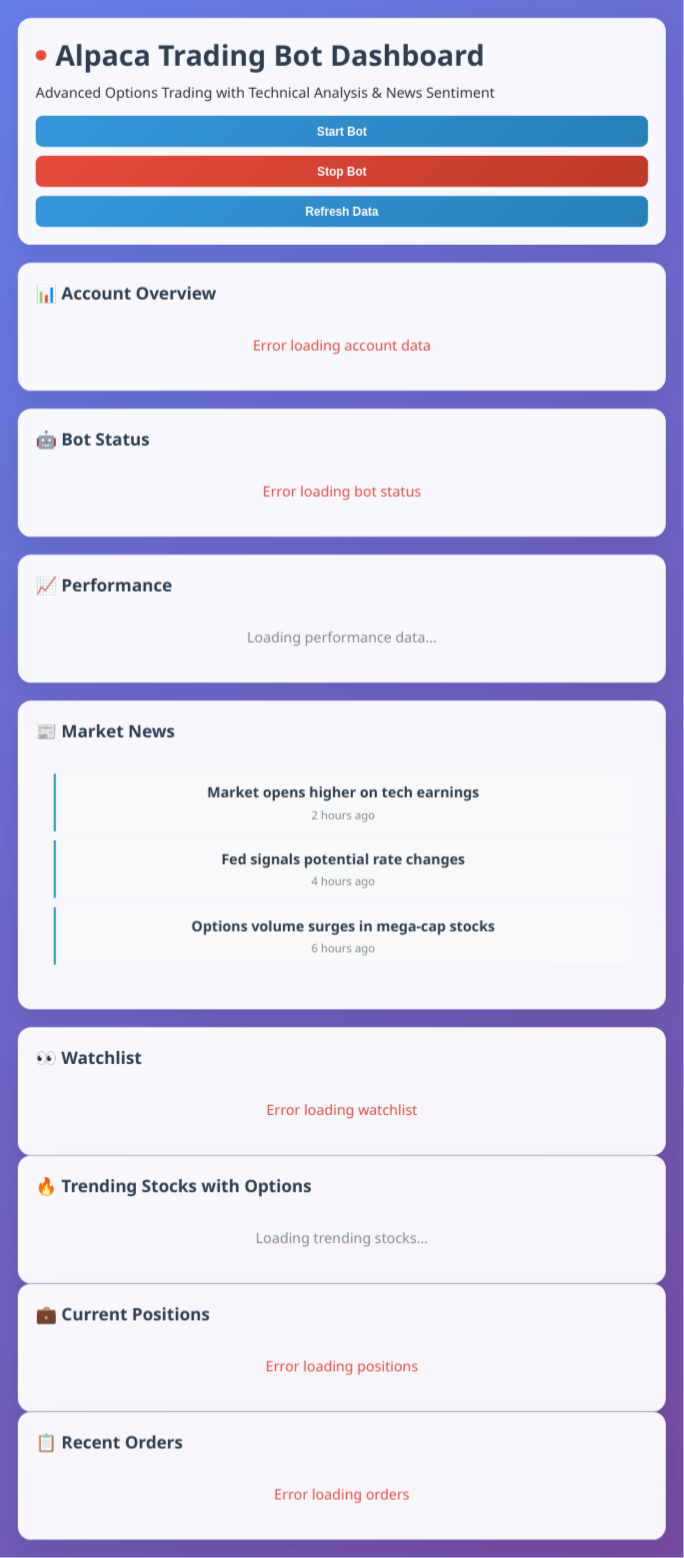
Repository: papykabukanyi/tradingbot
Page: public/index.html
The author's editor kept a copy of each file at every save. The page is drawn from the files as they stood at one save, then again after the next save.
The browser window is 768 px wide. The pictures show the whole page, at 89% of full size.
The page's requests for data from a server got no answer.

Above is the page before, as saved 2025-07-20 08:56:14.

### public/index.html
<!DOCTYPE html>
<html lang="en">
<head>
    <meta charset="UTF-8">
    <meta name="viewport" content="width=device-width, initial-scale=1.0">
    <title>Alpaca Trading Bot Dashboard</title>
    <style>
        * {
            margin: 0;
            padding: 0;
            box-sizing: border-box;
        }

        body {
            font-family: 'Segoe UI', Tahoma, Geneva, Verdana, sans-serif;
            background: linear-gradient(135deg, #667eea 0%, #764ba2 100%);
            color: #333;
            min-height: 100vh;
        }

        .container {
            max-width: 1400px;
            margin: 0 auto;
            padding: 20px;
        }

        .header {
            background: rgba(255, 255, 255, 0.95);
            border-radius: 15px;
            padding: 20px;
            margin-bottom: 20px;
            box-shadow: 0 10px 30px rgba(0, 0, 0, 0.1);
            backdrop-filter: blur(10px);
        }

        .header h1 {
            color: #2c3e50;
            margin-bottom: 10px;
            display: flex;
            align-items: center;
            gap: 10px;
        }

        .status-indicator {
            width: 12px;
            height: 12px;
            border-radius: 50%;
            background: #e74c3c;
        }

        .status-indicator.running {
            background: #27ae60;
            animation: pulse 2s infinite;
        }

        @keyframes pulse {
            0% { opacity: 1; }
            50% { opacity: 0.5; }
            100% { opacity: 1; }
        }

        .controls {
            display: flex;
            gap: 10px;
            margin-top: 15px;
        }

        .btn {
            background: linear-gradient(135deg, #3498db, #2980b9);
            color: white;
            border: none;
            padding: 10px 20px;
            border-radius: 8px;
            cursor: pointer;
            font-weight: 600;
            transition: all 0.3s ease;
        }

        .btn:hover {
            transform: translateY(-2px);
            box-shadow: 0 5px 15px rgba(0, 0, 0, 0.2);
        }

        .btn.danger {
            background: linear-gradient(135deg, #e74c3c, #c0392b);
        }

        .dashboard-grid {
            display: grid;
            grid-template-columns: repeat(auto-fit, minmax(300px, 1fr));
            gap: 20px;
            margin-bottom: 20px;
        }

        .card {
            background: rgba(255, 255, 255, 0.95);
            border-radius: 15px;
            padding: 20px;
            box-shadow: 0 10px 30px rgba(0, 0, 0, 0.1);
            backdrop-filter: blur(10px);
            transition: transform 0.3s ease;
        }

        .card:hover {
            transform: translateY(-5px);
        }

        .card h3 {
            color: #2c3e50;
            margin-bottom: 15px;
            font-size: 1.2em;
        }

        .metric {
            display: flex;
            justify-content: space-between;
            align-items: center;
            margin-bottom: 10px;
            padding: 10px;
            background: #f8f9fa;
            border-radius: 8px;
        }

        .metric-value {
            font-weight: 600;
            font-size: 1.1em;
        }

        .positive {
            color: #27ae60;
        }

        .negative {
            color: #e74c3c;
        }

        .neutral {
            color: #34495e;
        }

        .watchlist-table {
            width: 100%;
            border-collapse: collapse;
            margin-top: 10px;
        }

        .watchlist-table th,
        .watchlist-table td {
            padding: 12px;
            text-align: left;
            border-bottom: 1px solid #ecf0f1;
        }

        .watchlist-table th {
            background: #34495e;
            color: white;
            font-weight: 600;
        }

        .watchlist-table tr:hover {
            background: #f8f9fa;
        }

        .orders-list {
            max-height: 300px;
            overflow-y: auto;
        }

        .order-item {
            padding: 10px;
            border: 1px solid #ecf0f1;
            border-radius: 8px;
            margin-bottom: 10px;
            background: #f8f9fa;
        }

        .order-header {
            display: flex;
            justify-content: space-between;
            align-items: center;
            margin-bottom: 5px;
        }

        .order-symbol {
            font-weight: 600;
            color: #2c3e50;
        }

        .order-status {
            padding: 4px 8px;
            border-radius: 4px;
            font-size: 0.8em;
            font-weight: 600;
        }

        .status-filled {
            background: #d5edda;
            color: #155724;
        }

        .status-pending {
            background: #fff3cd;
            color: #856404;
        }

        .status-canceled {
            background: #f8d7da;
            color: #721c24;
        }

        .loading {
            text-align: center;
            padding: 20px;
            color: #7f8c8d;
        }

        .news-item {
            padding: 10px;
            border-left: 3px solid #3498db;
            margin-bottom: 10px;
            background: #f8f9fa;
            border-radius: 0 8px 8px 0;
        }

        .news-title {
            font-weight: 600;
            margin-bottom: 5px;
            color: #2c3e50;
        }

        .news-time {
            font-size: 0.8em;
            color: #7f8c8d;
        }

        .chart-container {
            width: 100%;
            height: 300px;
            background: #f8f9fa;
            border-radius: 8px;
            display: flex;
            align-items: center;
            justify-content: center;
            color: #7f8c8d;
            font-style: italic;
        }

        @media (max-width: 768px) {
            .dashboard-grid {
                grid-template-columns: 1fr;
            }

            .controls {
                flex-direction: column;
            }
        }
    </style>
</head>
<body>
    <div class="container">
        <div class="header">
            <h1>
                <span class="status-indicator" id="statusIndicator"></span>
                Alpaca Trading Bot Dashboard
            </h1>
            <p>Advanced Options Trading with Technical Analysis & News Sentiment</p>
            <div class="controls">
                <button class="btn" onclick="startBot()">Start Bot</button>
                <button class="btn danger" onclick="stopBot()">Stop Bot</button>
                <button class="btn" onclick="refreshData()">Refresh Data</button>
            </div>
        </div>

        <div class="dashboard-grid">
            <!-- Account Overview -->
            <div class="card">
                <h3>📊 Account Overview</h3>
                <div id="accountData" class="loading">Loading account data...</div>
            </div>

            <!-- Bot Status -->
            <div class="card">
                <h3>🤖 Bot Status</h3>
                <div id="botStatus" class="loading">Loading bot status...</div>
            </div>

            <!-- Performance -->
            <div class="card">
                <h3>📈 Performance</h3>
                <div id="performance" class="loading">Loading performance data...</div>
            </div>

            <!-- Market News -->
            <div class="card">
                <h3>📰 Market News</h3>
                <div id="marketNews" class="loading">Loading market news...</div>
            </div>
        </div>

        <!-- Watchlist -->
        <div class="card">
            <h3>👀 Watchlist</h3>
            <div id="watchlist" class="loading">Loading watchlist...</div>
        </div>

        <!-- Trending Stocks -->
        <div class="card">
            <h3>🔥 Trending Stocks with Options</h3>
            <div id="trending" class="loading">Loading trending stocks...</div>
        </div>

        <!-- Current Positions -->
        <div class="card">
            <h3>💼 Current Positions</h3>
            <div id="positions" class="loading">Loading positions...</div>
        </div>

        <!-- Recent Orders -->
        <div class="card">
            <h3>📋 Recent Orders</h3>
            <div id="orders" class="loading">Loading orders...</div>
        </div>
    </div>

    <script>
        let updateInterval;

        // Initialize dashboard
        document.addEventListener('DOMContentLoaded', function() {
            refreshData();
            updateInterval = setInterval(refreshData, 30000); // Update every 30 seconds
        });

        async function refreshData() {
            try {
                await Promise.all([
                    loadAccountData(),
                    loadBotStatus(),
                    loadPositions(),
                    loadOrders(),
                    loadWatchlist(),
                    loadMarketNews()
                ]);
            } catch (error) {
                console.error('Error refreshing data:', error);
            }
        }

        async function loadAccountData() {
            try {
                const response = await fetch('/api/account');
                const account = await response.json();

                const html = `
                    <div class="metric">
                        <span>Total Equity</span>
                        <span class="metric-value">$${parseFloat(account.equity).toLocaleString()}</span>
                    </div>
                    <div class="metric">
                        <span>Buying Power</span>
                        <span class="metric-value">$${parseFloat(account.buying_power).toLocaleString()}</span>
                    </div>
                    <div class="metric">
                        <span>Day P&L</span>
                        <span class="metric-value ${parseFloat(account.unrealized_pl) >= 0 ? 'positive' : 'negative'}">
                            $${parseFloat(account.unrealized_pl).toFixed(2)}
                        </span>
                    </div>
                    <div class="metric">
                        <span>Account Status</span>
                        <span class="metric-value">${account.status}</span>
                    </div>
                `;

                document.getElementById('accountData').innerHTML = html;
            } catch (error) {
                document.getElementById('accountData').innerHTML = '<p class="negative">Error loading account data</p>';
            }
        }

        async function loadBotStatus() {
            try {
                const response = await fetch('/api/bot/status');
                const status = await response.json();

                const statusIndicator = document.getElementById('statusIndicator');
                statusIndicator.className = `status-indicator ${status.status === 'running' ? 'running' : ''}`;

                const html = `
                    <div class="metric">
                        <span>Status</span>
                        <span class="metric-value ${status.status === 'running' ? 'positive' : 'neutral'}">
                            ${status.status.toUpperCase()}
                        </span>
                    </div>
                    <div class="metric">
                        <span>Total Trades</span>
                        <span class="metric-value">${status.totalTrades}</span>
                    </div>
                    <div class="metric">
                        <span>Last Update</span>
                        <span class="metric-value">
                            ${status.lastUpdate ? new Date(status.lastUpdate).toLocaleTimeString() : 'Never'}
                        </span>
                    </div>
                    <div class="metric">
                        <span>P&L</span>
                        <span class="metric-value ${status.profitLoss >= 0 ? 'positive' : 'negative'}">
                            $${status.profitLoss.toFixed(2)}
                        </span>
                    </div>
                `;

                document.getElementById('botStatus').innerHTML = html;
            } catch (error) {
                document.getElementById('botStatus').innerHTML = '<p class="negative">Error loading bot status</p>';
            }
        }

        async function loadPositions() {
            try {
                const response = await fetch('/api/positions');
                const positions = await response.json();

                if (positions.length === 0) {
                    document.getElementById('positions').innerHTML = '<p>No current positions</p>';
                    return;
                }

                let html = '<table class="watchlist-table"><thead><tr><th>Symbol</th><th>Qty</th><th>Market Value</th><th>P&L</th><th>P&L %</th></tr></thead><tbody>';

                positions.forEach(position => {
                    const pnl = parseFloat(position.unrealized_pl);
                    const pnlPercent = parseFloat(position.unrealized_plpc) * 100;

                    html += `
                        <tr>
                            <td><strong>${position.symbol}</strong></td>
                            <td>${position.qty}</td>
                            <td>$${parseFloat(position.market_value).toLocaleString()}</td>
                            <td class="${pnl >= 0 ? 'positive' : 'negative'}">$${pnl.toFixed(2)}</td>
                            <td class="${pnlPercent >= 0 ? 'positive' : 'negative'}">${pnlPercent.toFixed(2)}%</td>
                        </tr>
                    `;
                });

                html += '</tbody></table>';
                document.getElementById('positions').innerHTML = html;
            } catch (error) {
                document.getElementById('positions').innerHTML = '<p class="negative">Error loading positions</p>';
            }
        }

        async function loadOrders() {
            try {
                const response = await fetch('/api/orders');
                const orders = await response.json();

                if (orders.length === 0) {
                    document.getElementById('orders').innerHTML = '<p>No recent orders</p>';
                    return;
                }

                let html = '<div class="orders-list">';

                orders.slice(0, 10).forEach(order => {
                    const statusClass = order.status === 'filled' ? 'status-filled' :
                                       order.status === 'pending_new' ? 'status-pending' : 'status-canceled';

                    html += `
                        <div class="order-item">
                            <div class="order-header">
                                <span class="order-symbol">${order.symbol}</span>
                                <span class="order-status ${statusClass}">${order.status}</span>
                            </div>
                            <div>
                                ${order.side.toUpperCase()} ${order.qty} @ ${order.type === 'market' ? 'Market' : '$' + order.limit_price}
                            </div>
                            <div style="font-size: 0.8em; color: #7f8c8d;">
                                ${new Date(order.created_at).toLocaleString()}
                            </div>
                        </div>
                    `;
                });

                html += '</div>';
                document.getElementById('orders').innerHTML = html;
            } catch (error) {
                document.getElementById('orders').innerHTML = '<p class="negative">Error loading orders</p>';
            }
        }

        async function loadWatchlist() {
            try {
                const response = await fetch('/api/watchlist');
                const watchlist = await response.json();

                let html = '<table class="watchlist-table"><thead><tr><th>Symbol</th><th>Price</th><th>Change %</th><th>Volume</th></tr></thead><tbody>';

                watchlist.forEach(stock => {
                    const change = parseFloat(stock.change);

                    html += `
                        <tr>
                            <td><strong>${stock.symbol}</strong></td>
                            <td>$${parseFloat(stock.price).toFixed(2)}</td>
                            <td class="${change >= 0 ? 'positive' : 'negative'}">${change.toFixed(2)}%</td>
                            <td>${parseInt(stock.volume).toLocaleString()}</td>
                        </tr>
                    `;
                });

                html += '</tbody></table>';
                document.getElementById('watchlist').innerHTML = html;
            } catch (error) {
                document.getElementById('watchlist').innerHTML = '<p class="negative">Error loading watchlist</p>';
            }
        }

        async function loadMarketNews() {
            try {
                // This would typically fetch from your news API
                const mockNews = [
                    { title: "Market opens higher on tech earnings", time: "2 hours ago" },
                    { title: "Fed signals potential rate changes", time: "4 hours ago" },
                    { title: "Options volume surges in mega-cap stocks", time: "6 hours ago" }
                ];

                let html = '';
                mockNews.forEach(news => {
                    html += `
                        <div class="news-item">
                            <div class="news-title">${news.title}</div>
                            <div class="news-time">${news.time}</div>
                        </div>
                    `;
                });

                document.getElementById('marketNews').innerHTML = html;
            } catch (error) {
                document.getElementById('marketNews').innerHTML = '<p class="negative">Error loading market news</p>';
            }
        }

        async function startBot() {
            try {
                const response = await fetch('/api/bot/start', { method: 'POST' });
                const result = await response.json();
                alert(result.message);
                loadBotStatus();
            } catch (error) {
                alert('Error starting bot: ' + error.message);
            }
        }

        async function stopBot() {
            try {
                const response = await fetch('/api/bot/stop', { method: 'POST' });
                const result = await response.json();
                alert(result.message);
                loadBotStatus();
            } catch (error) {
                alert('Error stopping bot: ' + error.message);
            }
        }
    </script>
</body>
</html>

After the next save:
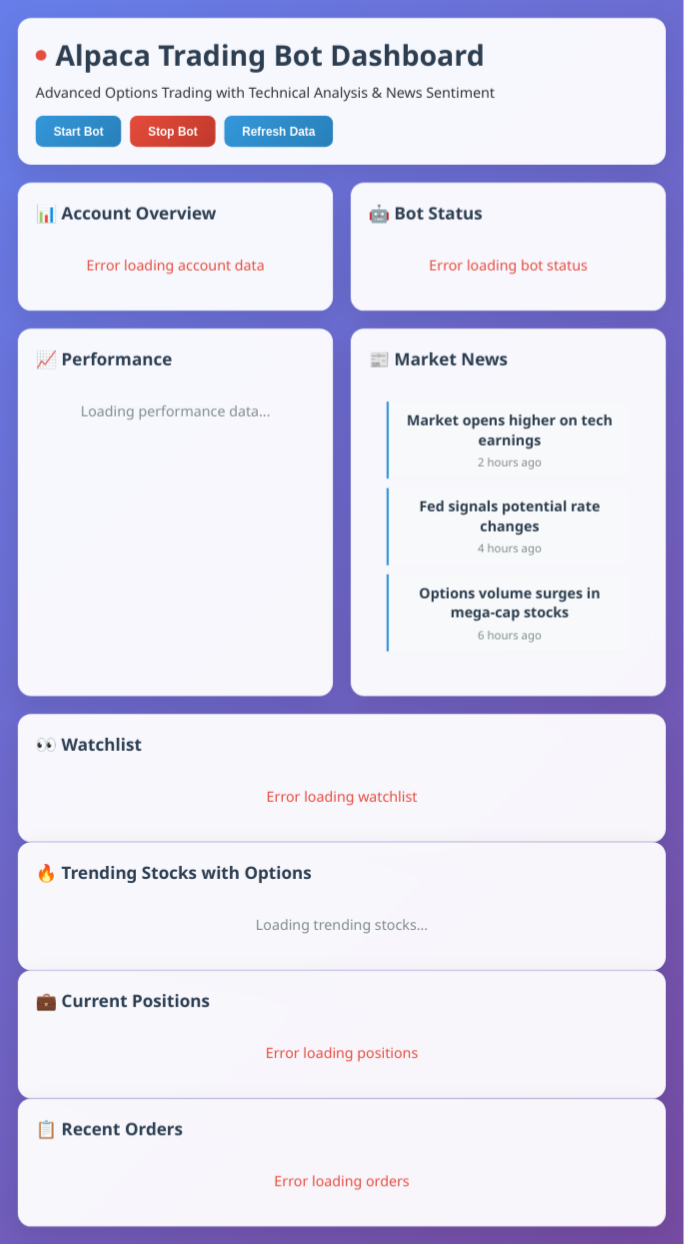
Saved 9 s later.
--- a/public/index.html
+++ b/public/index.html
@@ -245,14 +245,23 @@
             font-style: italic;
         }
 
-        @media (max-width: 768px) {
-            .dashboard-grid {
-                grid-template-columns: 1fr;
-            }
-
-            .controls {
-                flex-direction: column;
-            }
+        .trending-badge {
+            background: linear-gradient(135deg, #ff6b6b, #ee5a24);
+            color: white;
+            padding: 2px 6px;
+            border-radius: 4px;
+            font-size: 0.7em;
+            font-weight: 600;
+            margin-left: 5px;
+        }
+
+        .volume-spike {
+            background: #ffeaa7;
+            color: #2d3436;
+            padding: 2px 4px;
+            border-radius: 3px;
+            font-size: 0.8em;
+            font-weight: 600;
         }
     </style>
 </head>

After the save that followed:
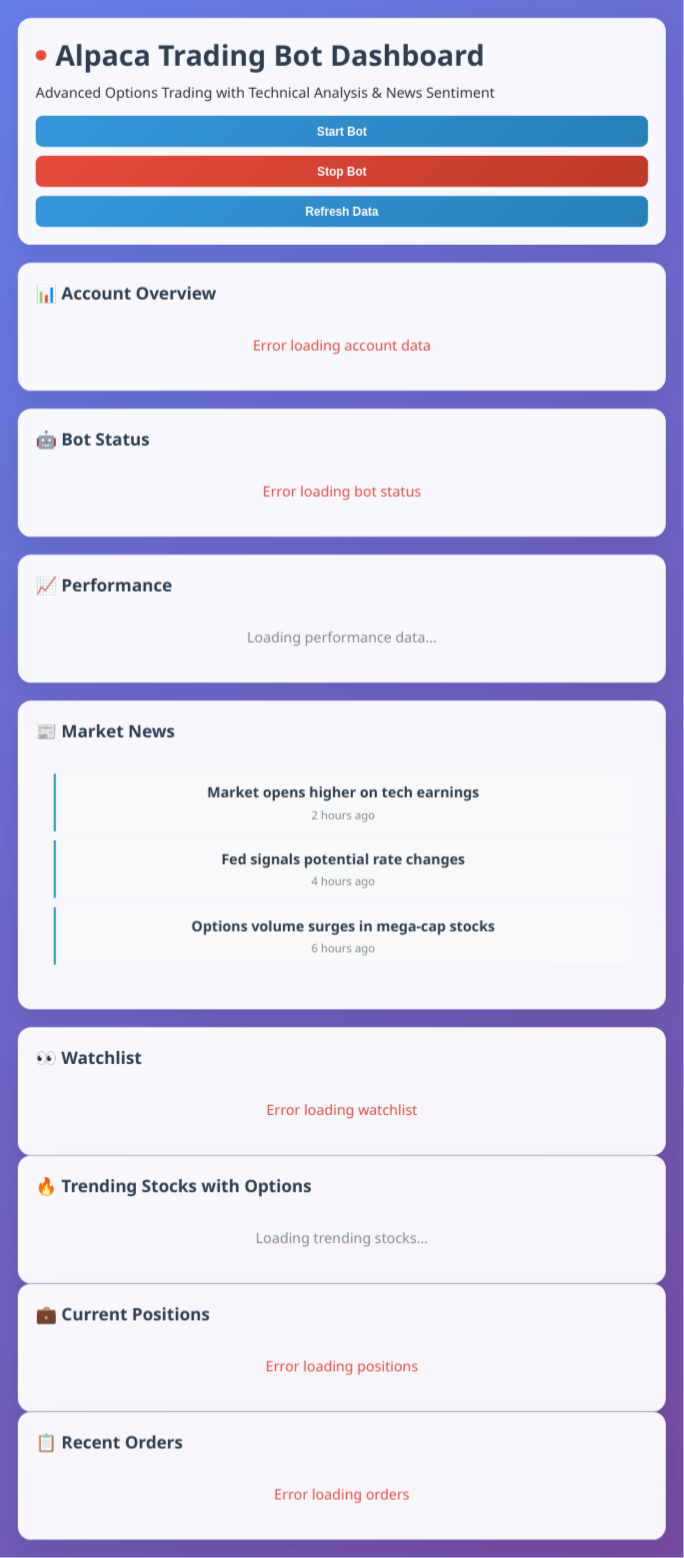
Saved 9 s later.
--- a/public/index.html
+++ b/public/index.html
@@ -255,13 +255,14 @@
             margin-left: 5px;
         }
 
-        .volume-spike {
-            background: #ffeaa7;
-            color: #2d3436;
-            padding: 2px 4px;
-            border-radius: 3px;
-            font-size: 0.8em;
-            font-weight: 600;
+        @media (max-width: 768px) {
+            .dashboard-grid {
+                grid-template-columns: 1fr;
+            }
+
+            .controls {
+                flex-direction: column;
+            }
         }
     </style>
 </head>
